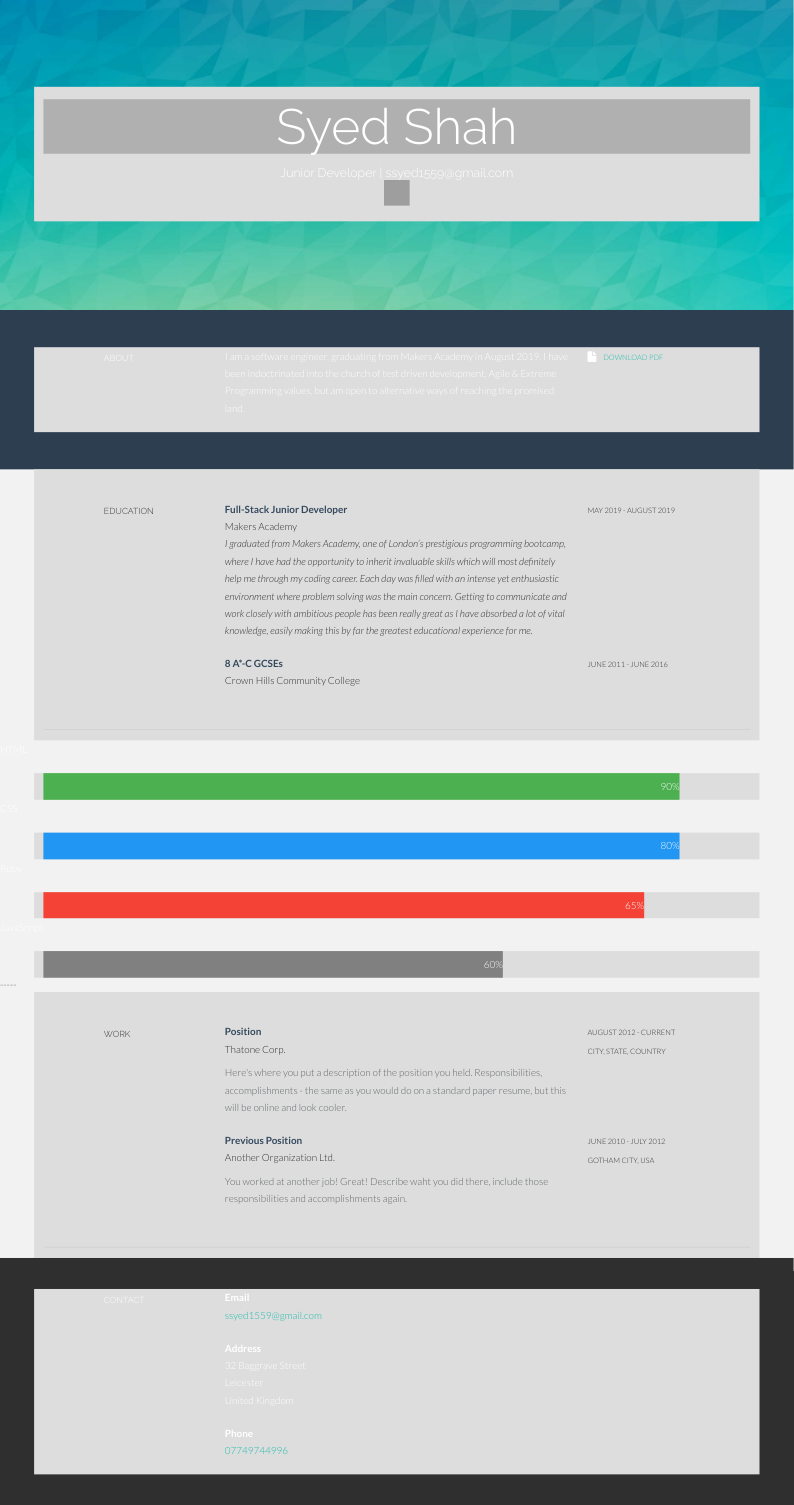
Repository: Syed-A-Shah/Resume
Page: index.html
The author's editor kept a record of every edit. The page is drawn from the files as they stood at one moment, then again after the next edit.
The browser window is 1280 px wide. The pictures show the whole page, at 62% of full size.
Pictures or frames that could not be fetched are drawn as grey boxes.

Above is the page before.

After the next edit:
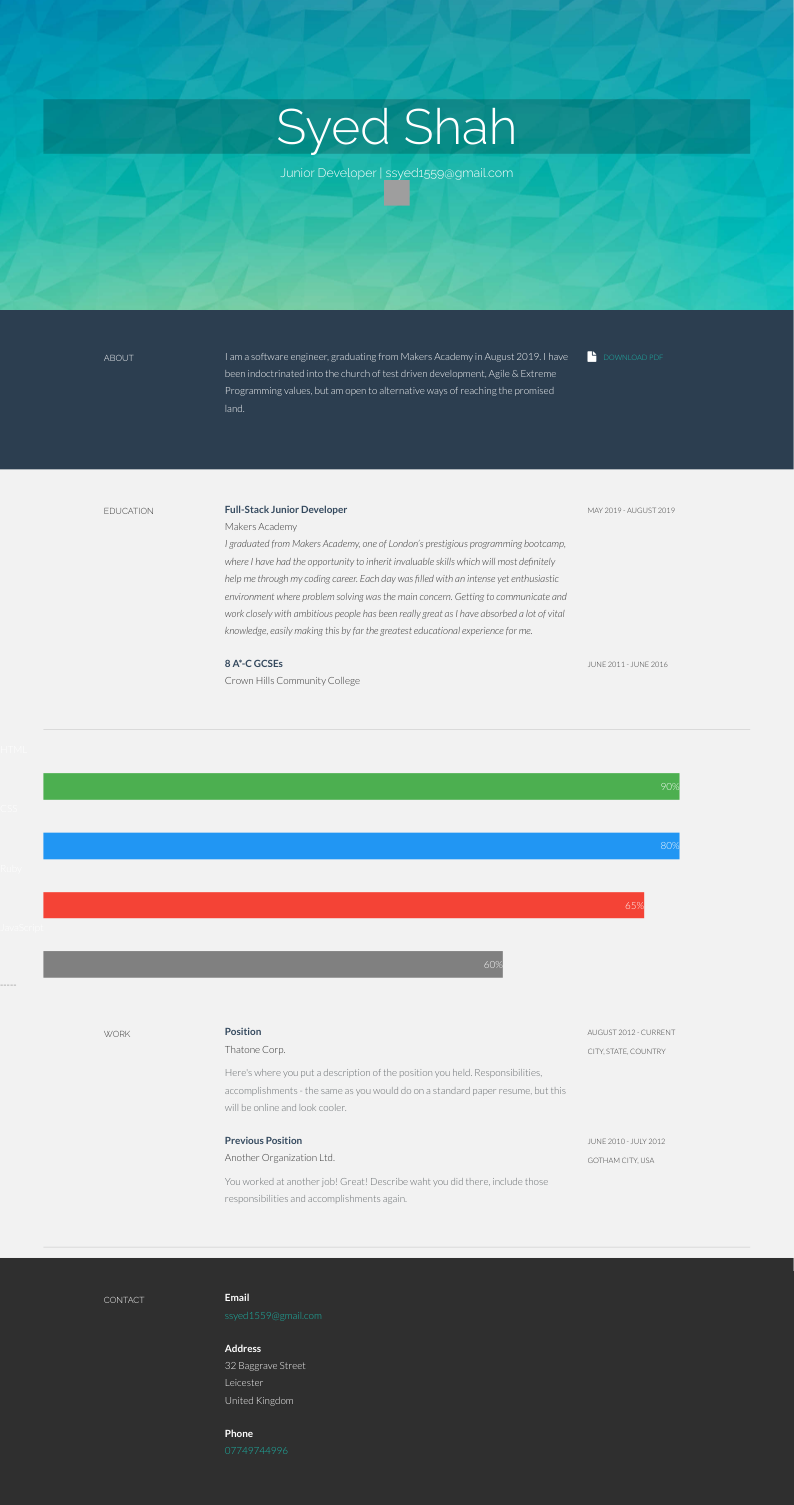
The edit:
--- a/index.html
+++ b/index.html
@@ -28,27 +28,6 @@
       <script src="js/html5shiv.js"></script>
       <script src="js/respond.min.js"></script>
     <![endif]-->
-
-<style>
-* {box-sizing: border-box}
-
-.container {
-  width: 100%;
-  background-color: #ddd;
-}
-
-.skills {
-  text-align: right;
-  padding-top: 10px;
-  padding-bottom: 10px;
-  color: white;
-}
-
-.html {width: 90%; background-color: #4CAF50;}
-.css {width: 90%; background-color: #2196F3;}
-.ruby {width: 85%; background-color: #f44336;}
-.js {width: 65%; background-color: #808080;}
-</style>
 
  </head>
  <body>
